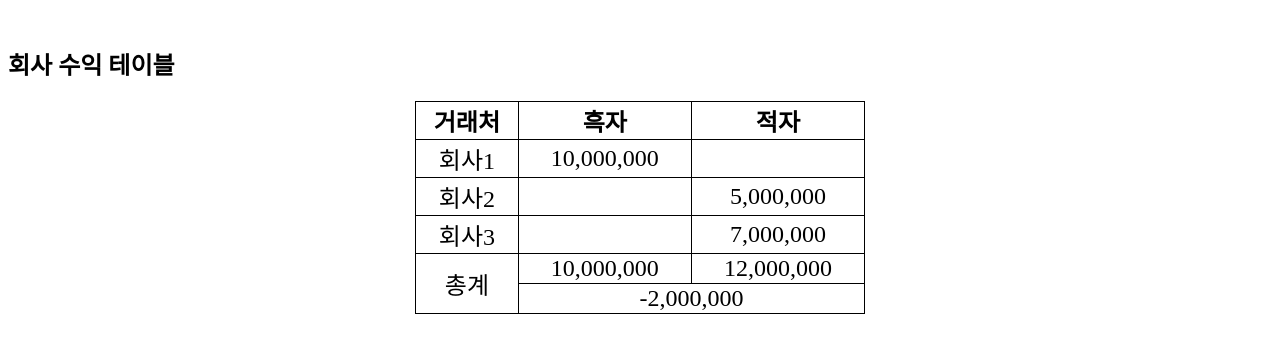
Repository: guswnsdldl/gb
Page: html workspace/f_table/src/main/webapp/span-task02.html
An editor plug-in stored every save of this project. The page is shown before and after the next save, followed by the edit.
The browser window is 1280 px wide. The pictures show the whole page.

Above is the page before, as saved 2024-08-06 03:16:27.

### html workspace/f_table/src/main/webapp/span-task02.html
<!DOCTYPE html>
<html>
<head>
<meta charset="UTF-8">
<title>회사 수익 테이블</title>
<style>
   table, tr, td, th {
      text-align: center;
      width: 450px;
      margin: 0 auto;
      border: 1px solid black;
      border-collapse: collapse;
      font-size: 1.5rem;
   }
</style>
</head>
<body>

&nbsp;<h2>회사 수익 테이블</h2>
<table>
 		<tr>
        <th>거래처</th>
         <th>흑자</th>
          <th>적자</th>
      </tr>
      <tr>
         <td>회사1</td>
         <td>10,000,000</td>
         <td></td>

      </tr>
      <tr>
         <td>회사2</td>
         <td></td>
         <td>5,000,000</td>
      </tr>
      <tr>
         <td>회사3</td>
         <td></td>
         <td>7,000,000</td>
      </tr>
      <tr>
         <td rowspan="2">총계</td>
         <td>10,000,000</td>
         <td>12,000,000</td>
      </tr>
       <tr>

         <td colspan="2">-2,000,000</td>
      </tr>
   </table>

</body>
</html>

After the next save:
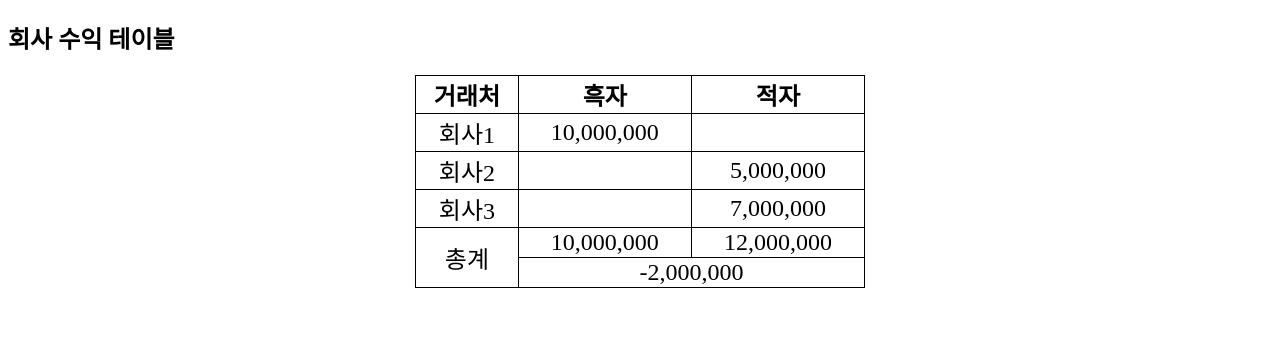
Saved 2 min 25 s later.
--- a/html workspace/f_table/src/main/webapp/span-task02.html
+++ b/html workspace/f_table/src/main/webapp/span-task02.html
@@ -16,8 +16,9 @@
 </head>
 <body>
 
-&nbsp;<h2>회사 수익 테이블</h2>
+
 <table>
+<h2>회사 수익 테이블</h2>
  		<tr>
         <th>거래처</th>
          <th>흑자</th>
